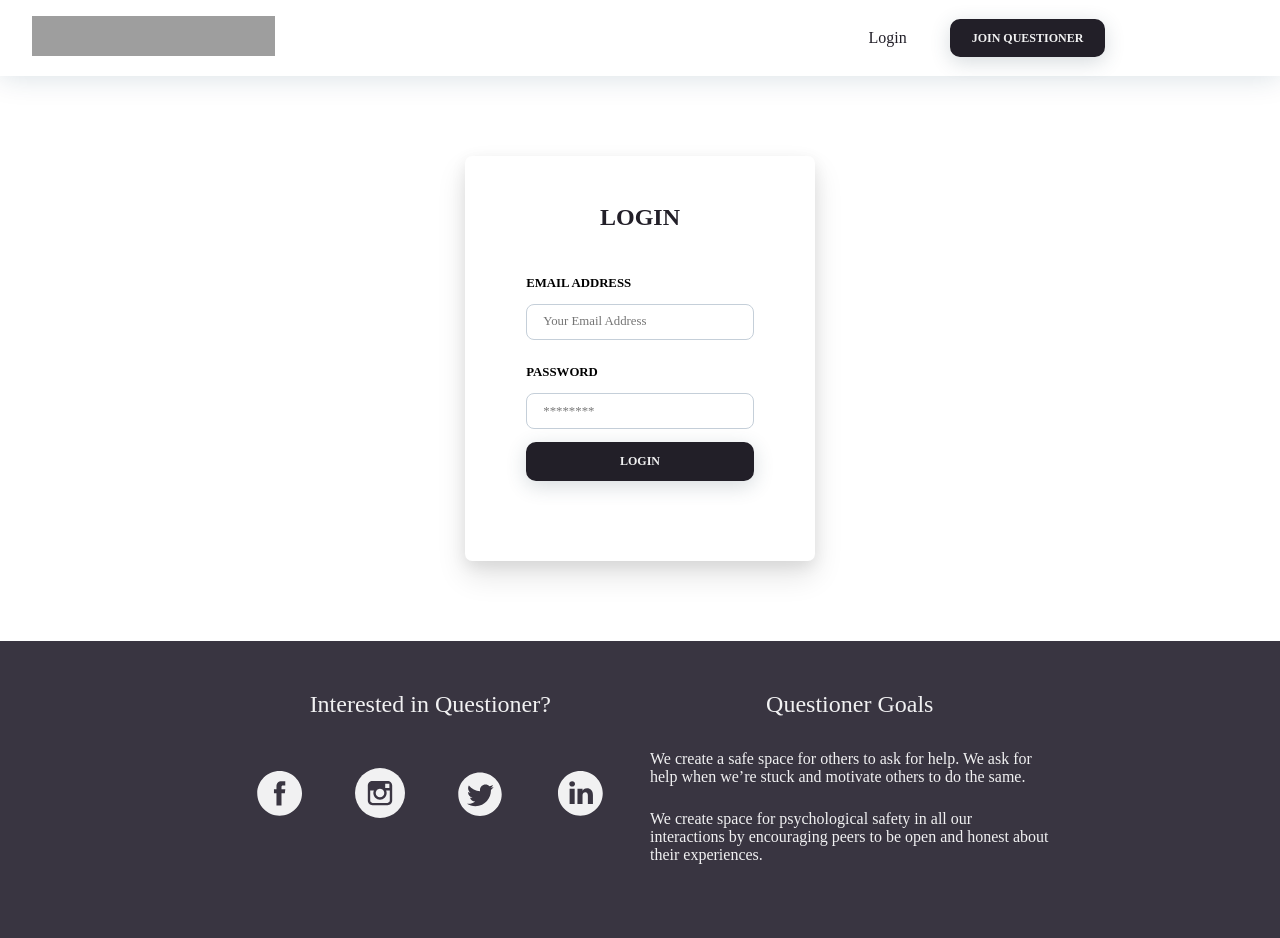
Repository: Gfreedoms/Epic-Mail
Page: pages/login.html
An editor plug-in stored every save of this project. The page is shown before and after the next save, followed by the edit.
The browser window is 1280 px wide. The pictures show the whole page.
Pictures or frames that could not be fetched are drawn as grey boxes. Some web fonts or font styles are not loaded; a fallback is used.

Above is the page before, as saved 2019-02-21 23:45:46.

### pages/login.html
<!DOCTYPE html>
<html lang="en">

<head>
	<meta charset="UTF-8">
	<meta name="viewport" content="width=device-width, initial-scale=1.0">
	<meta http-equiv="X-UA-Compatible" content="ie=edge">
	<link rel="apple-touch-icon" sizes="180x180" href="../assets/favicon/apple-touch-icon.png">
	<link rel="icon" type="image/png" sizes="32x32" href="../assets/favicon/favicon-32x32.png">
	<link rel="icon" type="image/png" sizes="16x16" href="../assets/favicon/favicon-16x16.png">
	<link rel="manifest" href="../assets/favicon/site.webmanifest">
	<link rel="mask-icon" href="../assets/favicon/safari-pinned-tab.svg" color="#5bbad5">
	<meta name="msapplication-TileColor" content="#da532c">
	<meta name="theme-color" content="#ffffff">
	<link rel="stylesheet" href="../styles/base.css">
	<link rel="stylesheet" href="../styles/format.css">
	<title>Login | EPIC MAIL - ANDELA BOOTCAMP</title>
</head>

<body>
	<!-- Navigation Section Starts -->
	<section id="navigation">
		<nav class="navbar">
			<a href="../" id="nav-brand">
				<img src="../assets/imgs/logo.svg" alt="">
			</a>
			<ul class="nav-menu">
				<li class="visibility"><a class="hover-t" href="./meetup.html">Meetups</a></li>
				<li class="visibility"><a class="hover-t" href="./questions.html">Questions</a></li>
				<li><a class="hover-t" href="./login.html">Login</a></li>
				<li><a class="reg-btn box-sh-dark hover-lg" href="./register.html">Join Questioner</a></li>
			</ul>
			<a id="menu" href="">
				<img src="../assets/imgs/menu.svg" alt="">
			</a>
		</nav>
	</section>
	<!-- Navigation Section Ends -->

	<!-- SideBar Nav -->
	<ul id="sidebar" class="navbar-side side-hidden">
		<li><a href="./meetup.html">Meetups</a></li>
		<li><a href="./questions.html">Questions</a></li>
		<li><a href="./login.html">Login</a></li>
		<li><a class="" href="./register.html">SignUp</a></li>
	</ul>
	<!-- End SideBar Nav -->

	<div class="container">
		<div id="login-form" class="card mauto m4 p3">
			<form action="/" method="POST">
				<div class="container">
					<h3 class="md-text">Login</h3>
					<div class="m1 input">
						<label class="m1" for="name">Email Address</label>
						<input class="p1 b-rsm" type="text" name="email" placeholder="Your Email Address">
					</div>
					<div class="m1 input">
						<label class="m1" for="name">Password</label>
						<input class="p1 b-rsm" type="password" name="password" placeholder="********">
					</div>
					<div class="m2 input">
						<a class="reg-btn box-sh-dark hover-lg" href="./admin/profile.html">Login</a>
					</div>
				</div>
			</form>
		</div>
	</div>

	<footer class="bg-secondary">
		<div class="container">
			<div class="info-about">
				<h3 class="md-text">Interested in Questioner?</h3>
				<div class="social-links">
					<a href="#!"><img src="../assets/imgs/icons/facebook.svg" alt=""></a>
					<a href="#!"><img src="../assets/imgs/icons/instagram.svg" alt=""></a>
					<a href="#!"><img src="../assets/imgs/icons/twitter.svg" alt=""></a>
					<a href="#!"><img src="../assets/imgs/icons/linkedin.svg" alt=""></a>
				</div>
			</div>
			<div class="additional-info">
				<h3 class="md-text">Questioner Goals</h3>
				<p class="sm-text">
					We create a safe space for others to ask for help.
					We ask for help when we’re stuck and motivate others to do the same.
				</p>
				<p class="sm-text">
					We create space for psychological safety in all our interactions by encouraging peers to be open and honest about
					their experiences.
				</p>
			</div>
		</div>
	</footer>
	<script src="../scripts/index.js"></script>
</body>

</html>

### styles/base.css
@import url('./fonts.css');

* {
	margin: 0;
	padding: 0;
	box-sizing: border-box;
}

a {
	color: #221F28;
	text-decoration: none;
}

#navigation {
	z-index: 1;
	background: #ffffff;
	/* background: #F1F1F2; */
	width: 100%;
	height: auto;
	padding: 1rem 2rem;
	box-shadow: 0 0 30px rgba(7, 51, 84, .17);
	-webkit-box-shadow: 0 0 30px rgba(7, 51, 84, .17);
	-moz-box-shadow: 0 0 30px rgba(7, 51, 84, .17);
}

#nav-brand img {
	height: 40px;
	width: 100%;
}

.navbar {
	display: grid;
	grid-template-columns: 20% 40%;
	grid-gap: 30%;
	align-items: center;
}

.navbar-side {
	height: 100%;
	background: #F1F1F2;
	position: absolute;
	z-index: 9999;
	width: 350px;
	/* box-shadow: 9px -1px 29px 1px; */
	box-shadow: 13px 0px 22px -10px rgba(35, 31, 41, 0.44);
	padding: 20px;
	list-style-type: none;
}

.navbar-side li {
	padding: 20px 10px;
}

.navbar-side li:hover {
	background: #221F28;
	color: #F1F1F2;
}

.navbar-side li:hover>a {
	color: #F1F1F2;
}

.navbar-side a {
	font-family: 'Circular-Book';
}

.navbar-side a:hover {
	color: #F1F1F2;
}

.side-hidden {
	margin-left: -390px;
	transition: all 0.3s ease-out;
}

.side-active {
	margin-left: 0px;
	transition: all 0.3s ease-in;
}

.nav-menu {
	list-style-type: none;
	display: flex;
	align-items: center;
}

.nav-menu li {
	justify-content: center;
	flex: auto;
	display: flex;
}

.nav-menu a {
	text-decoration: none;
}

.reg-btn {
	background: #221F28;
	color: #F1F1F2;
	padding: 0.8rem 1.2rem;
	line-height: 9px;
	font-weight: 600;
	text-transform: uppercase;
	font-size: 12px;
	border-radius: 10px;
	-webkit-border-radius: 10px;
	-moz-border-radius: 10px;
	display: block;
	transition: all .5s ease;
	-webkit-transition: all .5s ease;
	-moz-transition: all .5s ease;
	border: 2px solid #221F28;
}

.btn {
	background: #221F28;
	color: #F1F1F2;
	padding: 1.5rem 1rem;
	line-height: 9px;
	font-weight: 600;
	text-transform: uppercase;
	font-size: 1.5rem;
	border-radius: 10px;
	-webkit-border-radius: 10px;
	-moz-border-radius: 10px;
	display: block;
	transition: all .5s ease;
	-webkit-transition: all .5s ease;
	-moz-transition: all .5s ease;
	border: 2px solid #221F28;
	text-align: center;
}

.cta-btn {
	background: #F1F1F2;
	color: #221F28;
	font-family: 'Circular-Bold';
	margin: 2rem 0;
	padding: 0.8rem 1.2rem;
	line-height: 2rem;
	font-size: 2rem;
	font-weight: 600;
	text-transform: uppercase;
	font-size: 1rem;
	border-radius: 10px;
	-webkit-border-radius: 10px;
	-moz-border-radius: 10px;
	transition: all .5s ease;
	-webkit-transition: all .5s ease;
	-moz-transition: all .5s ease;
	border: 2px solid #F1F1F2;
}

.btn.sm {
	width: 40%
}

.box-sh-dark {
	-webkit-box-shadow: 0 5px 20px rgba(51, 73, 90, .2);
	box-shadow: 0 5px 20px rgba(51, 73, 90, .2);
}

#section-hero {
	padding-top: 130px;
	padding-bottom: 130px;
	background-color: #393541;
	background-image: url("data:[embedded picture, 478 characters]");
	background-attachment: fixed;
	background-size: cover;
	background-repeat: no-repeat;
	background-position: 50%;
	min-height: 600px;
	position: relative;
	width: 100%;
	display: flex;
	align-items: CENTER;
}

/* @media screen and (max-width:1680px) {} */

@media screen and (min-width: 1680px) {
	.rsvp span {
		padding: 1rem 1.4rem !important;
		color: white !important;
		border-radius: 6px !important;
		cursor: pointer !important;
	}

	.nav-menu a.hover-t {
		font-size: 1.7rem !important;
	}

	.meetups span {
		font-size: 1.4rem !important;
	}

	.m1 {
		margin-top: 3rem !important;
		margin-bottom: 0.6rem !important;
	}

	#section-hero {
		background-position: 50%;
	}

	.nav-menu a.hover-t {
		font-size: 1.3rem;
	}

	.nav-menu a {
		text-decoration: none;
		font-size: 1.1rem;
	}

	.reg-btn {
		padding: 1.5rem 1.6rem 1.5rem;
	}

	.bg-text {
		font-size: 4rem !important;
	}

	.md-text {
		font-size: 2.2rem !important;
		margin-bottom: 1rem !important;
	}

	.sm-text {
		font-size: 1.5rem !important;
	}
}

.container {
	width: 75%;
	margin: 0 auto;
}

.w-sm {
	width: 80% !important;
}

.w-md {
	width: 60% !important;
}

.w-lg {
	width: 40% !important;
}

.hero-text {
	height: 100%;
}

.bg-text,
.md-text,
.sm-text {
	color: #F1F1F2;
}

.bg-text {
	margin-bottom: 1.5rem;
	font-family: 'Circular-Bold';
	font-weight: 700;
	font-size: 3rem;
}

.md-text {
	margin-bottom: 2rem;
	font-family: 'Circular-Book';
	font-weight: 400;
	font-size: 1.5rem;
}

.sm-text {
	margin-bottom: 1.5rem;
	font-family: 'Circular-Light';
	font-weight: 400;
	font-size: 1rem;
}

.info-section,
.info-platform,
.info-expl {
	padding: 3rem 0;
	min-height: 50%;
}

.info-section,
.info-expl {
	background: #F1F1F2;
}

.info-platform {
	background: #C5CFD9;
}

.info-section .container,
.info-platform .container,
.info-expl .container {
	display: grid;
	grid-template-columns: 1fr 1fr;
	/* padding: 50px; */
}

.side {
	margin-top: 2rem;
	margin-bottom: 2rem;
	position: relative;
}

.info-section p,
.info-section h3,
.info-platform p,
.info-platform h3,
.info-expl p,
.info-expl h3 {
	color: #221F28;
}

.bg-primary {
	background: #221F28;
}

.bg-secondary {
	background: #393541;
}

.info-desc {
	flex: 1;
	align-items: center;
	display: flex;
	flex-direction: column;
	justify-content: center;
}

.info-action {
	text-align: center;
}

.card {
	border-radius: .45rem;
	background: #ffffff;
	box-shadow: 0 15px 30px 0 rgba(0, 0, 0, .11), 0 5px 15px 0 rgba(0, 0, 0, .08);
}

.card-lg {
	border-radius: .25rem;
	background: #ffffff;
	box-shadow: 0 15px 30px 0 rgba(0, 0, 0, .11), 0 5px 15px 0 rgba(0, 0, 0, .08);
}

.mauto {
	margin-left: auto;
	margin-right: auto;
}

.m4 {
	margin-top: 5rem;
	margin-bottom: 5rem;
}

.m3 {
	margin-top: 3rem;
	margin-bottom: 3rem;
}

.m2 {
	margin-top: 2rem;
	margin-bottom: 2rem;
}

.m1 {
	margin-top: 0.6rem;
	margin-bottom: 0.6rem;
}

.p4 {
	padding-top: 5rem;
	padding-bottom: 5rem;
}

.p3 {
	padding-top: 3rem;
	padding-bottom: 3rem;
}

.p2 {
	padding-top: 2rem;
	padding-bottom: 2rem;
}

.p1 {
	padding-top: 0.6rem;
	padding-bottom: 0.6rem;
}

.t-al {
	text-align: center !important;
}

form label {
	font-weight: 600;
	text-transform: uppercase;
	font-size: 0.8rem;
	font-family: 'Circular-Book';
}

form .reg-btn {
	text-align: center;
}

#login-form {
	width: 350px;
}

#login-form h3,
#q-wrapper h3 {
	color: #221F28;
	text-transform: uppercase;
	font-weight: 800;
	text-align: center;
	/* border-bottom: 4px solid #221F28; */
}

.input {
	display: grid;
	grid-template-columns: 1fr;
	margin-top: 10px;
}

.input input {
	padding-left: 1rem;
	padding-right: 1rem;
	font-family: 'Circular-Light';
	font-size: 0.8rem;
	border: 1px solid #C5CFD9;
	background: #ffffff;
}

.input textarea {
	padding-left: 1rem;
	padding-right: 1rem;
	font-family: 'Circular-Light';
	font-size: 0.8rem;
	border: 1px solid #C5CFD9;
	background: #ffffff;
}

.input select {
	border: 1px solid #C5CFD9;
	padding: 0.4rem 0.5rem;
	height: 2rem;
}

.b-rsm {
	border-radius: 8px;
}

#menu {
	display: none;
}

#menu img {
	height: 30px;
}

img {
	height: 15rem;
	width: auto;
}

footer {
	padding: 50px 10px;
}

footer .container {
	display: grid;
	grid-template-columns: 1fr 1fr;
	/* margin-bottom: 50px; */
	grid-gap: 20px;
}

footer h3 {
	/* padding-bottom: 1rem; */
	/* border-bottom: 4px solid #F1F1F2; */
	text-align: center;
}

.social-links {
	display: grid;
	grid-template-columns: 1fr 1fr 1fr 1fr;
	margin-top: 50px;
}

.social-links img {
	height: 50px;
}

.social-links a {
	text-align: center;
}

.info-about h3 {
	margin-bottom: 0 !important;
}

.b-danger {
	background: #F01D43 !important;
}

.b-mild {
	background: #80808094 !important;
	color: #ffffff !important;
}

.b-success {
	background: #00cea0 !important;
}

.b-wicked {
	background: #ff003b !important;
}

/*
.b-wicked {
	background: #6a1b9a !important;
} */

.header {
	display: grid;
	grid-template-columns: 1fr 1fr;
	align-items: center;
}

.hover-t:hover {
	color: purple;
}

.hover-lg:hover {
	cursor: pointer;
	transform: scale(1.009, 1.009);
	-webkit-box-shadow: 2px 2px 20px 0px rgba(128, 128, 128, 0.74);
	-moz-box-shadow: 2px 2px 20px 0px rgba(128, 128, 128, 0.74);
	box-shadow: 2px 2px 20px 0px rgba(128, 128, 128, 0.74);
	transition: all 0.8s cubic-bezier(0.165, 0.84, 0.44, 1);
}

.visibility {
	visibility: hidden;
}

/* MEDIA QUERIES */
@media all and (max-width: 850px) {
	.navbar {
		grid-template-columns: 20% 60%;
		grid-gap: 20%;
	}
}

@media all and (max-width: 850px) {
	.nav-menu {
		display: none;
	}

	#menu {
		display: block;
		text-align: right;
	}
}

@media all and (max-width: 1050px) {
	.navbar {
		grid-template-columns: 20% 60%;
		grid-gap: 20%;
	}
}

@media all and (max-width: 350px) {
	img {
		height: 12rem;
		width: auto;
	}

	.social-links img {
		height: 40px;
	}
}

@media all and (max-width: 670px) {
	.social-links {
		margin-top: 25px;
	}

	.info-about {
		margin-bottom: 25px;
	}

	.nav-menu {
		flex-wrap: wrap;
	}

	.nav-menu>li {
		flex-basis: 50%;
	}

	.info-section .container,
	.info-platform .container,
	.info-expl .container {
		grid-template-columns: 1fr;
	}

	footer .container {
		grid-template-columns: 1fr;
		grid-gap: 10px;
	}
}

@media all and (max-width: 400px) {
	.nav-menu>li {
		flex-basis: 100%;
	}

	.intro a {
		width: 100% !important;
	}

	.btn {
		background: #221F28;
		color: #F1F1F2;
		padding: 0.8rem 1rem;
		line-height: 9px;
		font-weight: 600;
		text-transform: uppercase;
		font-size: 1rem;
		border-radius: 10px;
	}
}

@media all and (min-width: 576px) {
	.hide-lg {
		display: none !important;
	}
}

@media all and (max-width: 576px) {
	.hide-sm {
		display: none !important;
	}
}

@media all and (max-width: 450px) {
	.container {
		width: 80%;
	}

	#login-form {
		width: auto;
	}
}

@media all and (max-width: 400px) {
	.hero-text {
		top: 40%;
		width: 70%;
		left: 10%;
	}

	.md-text {
		font-family: 'Circular-Book';
		margin-bottom: 1rem;
		font-weight: 100;
		font-size: 1.2rem;
	}

	form label {
		font-family: 'Circular-Light';
	}

	.f-bold {
		font-family: 'Circular-Book' !important;
	}

	.bg-text {
		margin-bottom: 1.3rem;
		font-family: 'Circular-Book';
		font-weight: 400;
		font-size: 2rem;
	}

	.cta-btn {
		font-size: 0.7rem;
		padding: 0.4rem 1rem;
	}
}

@media (min-width: 576px) {
	.w-auto {
		width: 75% !important;
	}

	.container {
		width: 85%;
	}
}

@media (min-width: 768px) {
	.w-auto {
		width: 40% !important;
	}

	.container {
		width: 85%;
	}
}

@media (min-width: 992px) {
	.w-auto {
		width: 35% !important;
	}

	.container {
		width: 70%;
	}
}

@media (min-width: 1200px) {
	.w-auto {
		width: 40% !important;
	}

	.container {
		width: 65%;
	}
}

/* END MEDIA QUERIES */

### styles/format.css
.is-danger {
	color: red;
}

.divider {
	height: 0.2rem;
	background: #221F28;
	opacity: 0.1;
	margin: 1rem auto;
	width: 100%;
}

table {
	width: 750px;
	border-collapse: collapse;
	margin: 50px auto;
}

/* Zebra striping */
tr:nth-of-type(odd) {
	background: #eee;
}

th {
	background: #221F28;
	color: white;
	font-weight: bold;
}

td,
th {
	padding: 10px;
	border: 1px solid #ccc;
	text-align: left;
	font-size: 18px;
}

@media only screen and (max-width: 760px),
(min-device-width: 768px) and (max-device-width: 1024px) {

	table {
		width: 100%;
	}

	/* Force table to not be like tables anymore */
	table,
	thead,
	tbody,
	th,
	td,
	tr {
		display: block;
	}

	thead tr {
		position: absolute;
		top: -9999px;
		left: -9999px;
	}

	tr {
		border: 1px solid #ccc;
	}

	td {
		border: none;
		border-bottom: 1px solid #eee;
		position: relative;
		padding-left: 50%;
	}

	td:before {
		position: absolute;
		/* Top/left values mimic padding */
		top: 6px;
		left: 6px;
		width: 45%;
		padding-right: 10px;
		white-space: nowrap;
		/* Label the data */
		content: attr(data-column);

		color: #000;
		font-weight: bold;
	}

	tbody tr {
		padding: 1rem;
	}
}

.m1 {
	margin-top: 0.8rem !important;
	margin-bottom: 0.8rem !important;
}

.pagination {
	text-align: center;
	margin: 2rem auto;
}

.pagination span {
	padding: 10px;
	border-radius: 2px;
	font-family: 'Circular-Book';
	font-weight: 600;
	font-size: 1rem;
	margin: 0 5px;
}

@media screen and (min-width: 1680px) {
	.reg-btn {
		padding: 1.5rem 1.6rem 1.5rem;
		font-size: 1rem;
	}

	.input {
		margin-top: 2rem;
	}

	.nav-menu a.hover-t {
		font-size: 1.4rem !important;
	}
}

### scripts/index.js
(function () {
  function togggleSidebar(e) {
    e.preventDefault();
    const sideBar = document.getElementById('sidebar');
    sideBar.classList.toggle('side-active');
    sideBar.classList.toggle('side-hidden');
  }
  const menu = document.getElementById('menu');
  menu.addEventListener('click', togggleSidebar, false);
}());

### styles/fonts.css
@font-face {
	font-family: "Circular-Light";
	src:
		url("../assets/fonts/Circular-Light.woff") format("woff");
}
@font-face {
	font-family: "Circular-Book";
	src:
		url("../assets/fonts/Circular-Book.woff") format("woff");
}
@font-face {
	font-family: "Circular-Bold";
	src:
		url("../assets/fonts/Circular-Bold.woff") format("woff");
}

* {
	font-family: 'Circular-Light';
}

After the next save:
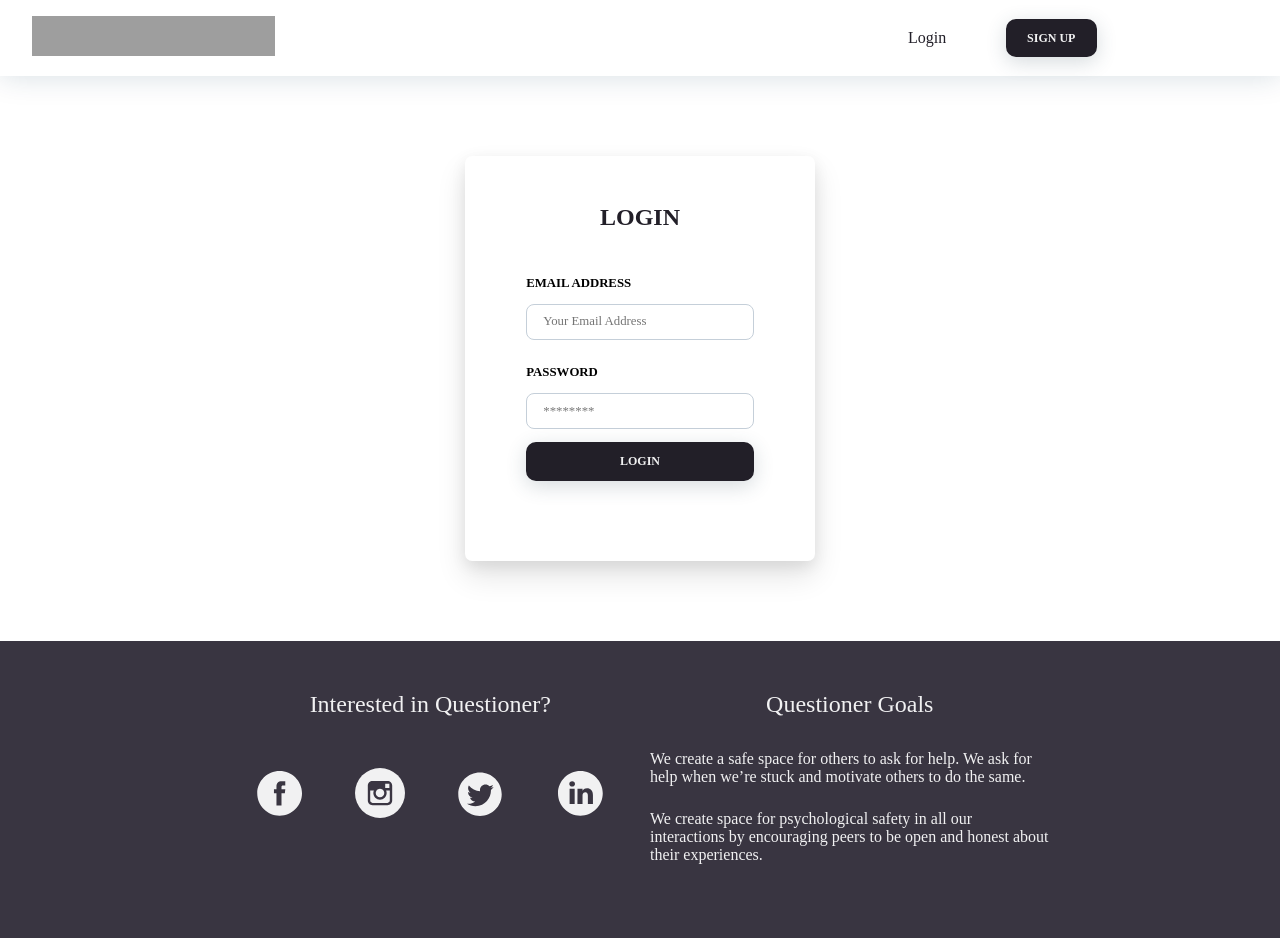
Saved 39 s later.
--- a/pages/login.html
+++ b/pages/login.html
@@ -28,7 +28,7 @@
 				<li class="visibility"><a class="hover-t" href="./meetup.html">Meetups</a></li>
 				<li class="visibility"><a class="hover-t" href="./questions.html">Questions</a></li>
 				<li><a class="hover-t" href="./login.html">Login</a></li>
-				<li><a class="reg-btn box-sh-dark hover-lg" href="./register.html">Join Questioner</a></li>
+				<li><a class="reg-btn box-sh-dark hover-lg" href="./register.html">Sign Up</a></li>
 			</ul>
 			<a id="menu" href="">
 				<img src="../assets/imgs/menu.svg" alt="">
